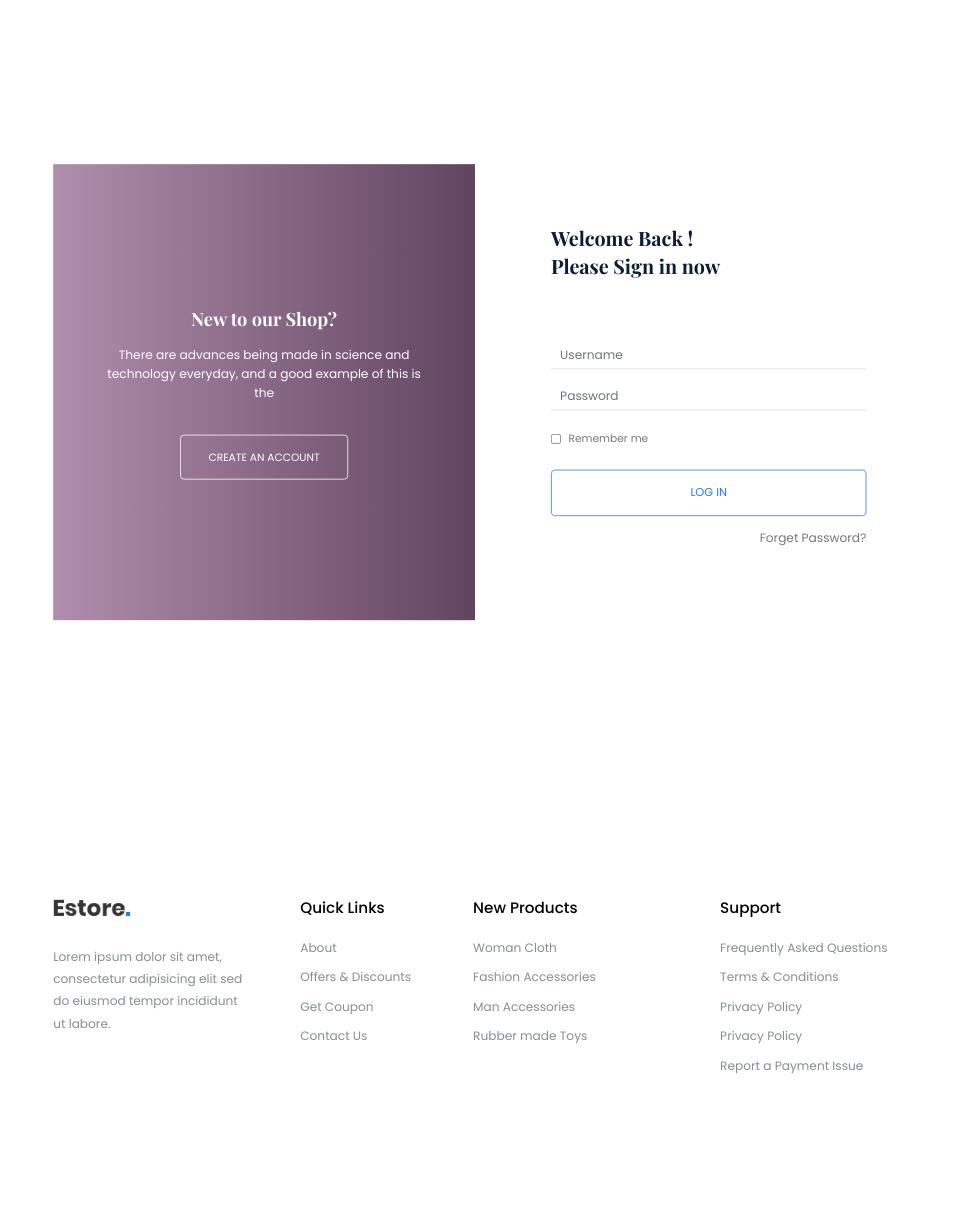
Repository: tuanloc782004/Estore-Bookshop-Website
Page: http://localhost/auth/login
These files come from the project's save history. The page is drawn as it stood at one moment and after the next save; the edit follows.
The browser window is 1280 px wide. The pictures show the whole page, at 76% of full size.
Some web fonts or font styles are not loaded; a fallback is used. The page is this project's Thymeleaf template; nobody is signed in. Other server files are loaded and not shown. The template is opened directly, without the code that normally fills it, so the values that code supplies are empty.

Above is the page before, as saved 2024-10-26 03:06:34.

### myscp/src/main/resources/templates/auth/login.html
<!doctype html>
<html lang="zxx" xmlns:th="http://www.thymeleaf.org"
	xmlns:sec="https://www.thymeleaf.org/extras/spring-security6">

<head th:replace="user/layout/head::head"></head>

<body>

	<!--================login_part Area =================-->
	<section class="login_part section_padding ">
		<div class="container">
			<div class="row align-items-center mt-3 mb-3">
				<div class="col-lg-6 col-md-6">
					<div class="login_part_text text-center">
						<div class="login_part_text_iner">
							<h2>New to our Shop?</h2>
							<p>There are advances being made in science and technology
								everyday, and a good example of this is the</p>
							<a href="#" class="btn_3">Create an Account</a>
						</div>
					</div>
				</div>
				<div class="col-lg-6 col-md-6">
					<div class="login_part_form">
						<div class="login_part_form_iner">
							<h3>
								Welcome Back ! <br> Please Sign in now
							</h3>
							<form class="row contact_form" action="#" method="post"
								novalidate="novalidate">
								<div class="col-md-12 form-group p_star">
									<input type="text" class="form-control" id="name" name="name"
										value="" placeholder="Username">
								</div>
								<div class="col-md-12 form-group p_star">
									<input type="password" class="form-control" id="password"
										name="password" value="" placeholder="Password">
								</div>
								<div class="col-md-12 form-group">
									<div class="creat_account d-flex align-items-center">
										<input type="checkbox" id="f-option" name="selector">
										<label for="f-option">Remember me</label>
									</div>
									<button type="submit" value="submit" class="btn_3">
										log in</button>
									<a class="lost_pass" href="#">forget password?</a>
								</div>
							</form>
						</div>
					</div>
				</div>
			</div>
		</div>
	</section>
	<!--================login_part end =================-->

	<footer th:replace="user/layout/footer::footer"></footer>

	<div th:replace="user/layout/script::script"></div>

</body>

</html>

### myscp/src/main/resources/templates/user/layout/head.html
<head th:fragment="head">
<meta charset="utf-8">
<meta http-equiv="x-ua-compatible" content="ie=edge">
<title>Estore</title>
<meta name="description" content="">
<meta name="viewport" content="width=device-width, initial-scale=1">
<link rel="manifest" href="site.webmanifest">
<link rel="shortcut icon" type="image/x-icon"
	th:href="@{/assets/img/favicon.ico}">

<!-- CSS here -->
<link rel="stylesheet" th:href="@{/assets/css/bootstrap.min.css}">
<link rel="stylesheet" th:href="@{/assets/css/owl.carousel.min.css}">
<link rel="stylesheet" th:href="@{/assets/css/flaticon.css}">
<link rel="stylesheet" th:href="@{/assets/css/slicknav.css}">
<link rel="stylesheet" th:href="@{/assets/css/animate.min.css}">
<link rel="stylesheet" th:href="@{/assets/css/magnific-popup.css}">
<link rel="stylesheet" th:href="@{/assets/css/fontawesome-all.min.css}">
<link rel="stylesheet" th:href="@{/assets/css/themify-icons.css}">
<link rel="stylesheet" th:href="@{/assets/css/slick.css}">
<link rel="stylesheet" th:href="@{/assets/css/nice-select.css}">
<link rel="stylesheet" th:href="@{/assets/css/style.css}">
</head>

### myscp/src/main/resources/templates/user/layout/footer.html
<footer th:fragment="footer">

	<!-- Footer Start-->
	<div class="footer-area footer-padding">
		<div class="container">
			<div class="row d-flex justify-content-between">
				<div class="col-xl-3 col-lg-3 col-md-5 col-sm-6">
					<div class="single-footer-caption mb-50">
						<div class="single-footer-caption mb-30">
							<!-- logo -->
							<div class="footer-logo">
								<a href="index.html"><img
									th:src="@{/assets/img/logo/logo2_footer.png}" alt=""></a>
							</div>
							<div class="footer-tittle">
								<div class="footer-pera">
									<p>Lorem ipsum dolor sit amet, consectetur adipisicing elit
										sed do eiusmod tempor incididunt ut labore.</p>
								</div>
							</div>
						</div>
					</div>
				</div>
				<div class="col-xl-2 col-lg-3 col-md-3 col-sm-5">
					<div class="single-footer-caption mb-50">
						<div class="footer-tittle">
							<h4>Quick Links</h4>
							<ul>
								<li><a href="#">About</a></li>
								<li><a href="#"> Offers & Discounts</a></li>
								<li><a href="#"> Get Coupon</a></li>
								<li><a href="#"> Contact Us</a></li>
							</ul>
						</div>
					</div>
				</div>
				<div class="col-xl-3 col-lg-3 col-md-4 col-sm-7">
					<div class="single-footer-caption mb-50">
						<div class="footer-tittle">
							<h4>New Products</h4>
							<ul>
								<li><a href="#">Woman Cloth</a></li>
								<li><a href="#">Fashion Accessories</a></li>
								<li><a href="#"> Man Accessories</a></li>
								<li><a href="#"> Rubber made Toys</a></li>
							</ul>
						</div>
					</div>
				</div>
				<div class="col-xl-3 col-lg-3 col-md-5 col-sm-7">
					<div class="single-footer-caption mb-50">
						<div class="footer-tittle">
							<h4>Support</h4>
							<ul>
								<li><a href="#">Frequently Asked Questions</a></li>
								<li><a href="#">Terms & Conditions</a></li>
								<li><a href="#">Privacy Policy</a></li>
								<li><a href="#">Privacy Policy</a></li>
								<li><a href="#">Report a Payment Issue</a></li>
							</ul>
						</div>
					</div>
				</div>
			</div>
		</div>
	</div>
	<!-- Footer End-->

</footer>

### myscp/src/main/resources/templates/user/layout/script.html
<div th:fragment="script">
	<!-- JS here -->

	<!-- All JS Custom Plugins Link Here here -->
	<script th:src="@{/assets/js/vendor/modernizr-3.5.0.min.js}"></script>
	<!-- Jquery, Popper, Bootstrap -->
	<script th:src="@{/assets/js/vendor/jquery-1.12.4.min.js}"></script>
	<script th:src="@{/assets/js/popper.min.js}"></script>
	<script th:src="@{/assets/js/bootstrap.min.js}"></script>
	<!-- Jquery Mobile Menu -->
	<script th:src="@{/assets/js/jquery.slicknav.min.js}"></script>

	<!-- Jquery Slick , Owl-Carousel Plugins -->
	<script th:src="@{/assets/js/owl.carousel.min.js}"></script>
	<script th:src="@{/assets/js/slick.min.js}"></script>

	<!-- One Page, Animated-HeadLin -->
	<script th:src="@{/assets/js/wow.min.js}"></script>
	<script th:src="@{/assets/js/animated.headline.js}"></script>
	<script th:src="@{/assets/js/jquery.magnific-popup.js}"></script>

	<!-- Scrollup, nice-select, sticky -->
	<script th:src="@{/assets/js/jquery.scrollUp.min.js}"></script>
	<script th:src="@{/assets/js/jquery.nice-select.min.js}"></script>
	<script th:src="@{/assets/js/jquery.sticky.js}"></script>
	<script src="./assets/js/jquery.magnific-popup.js"></script>

	<!-- contact js -->
	<script th:src="@{/assets/js/contact.js}"></script>
	<script th:src="@{/assets/js/jquery.form.js}"></script>
	<script th:src="@{/assets/js/jquery.validate.min.js}"></script>
	<script th:src="@{/assets/js/mail-script.js}"></script>
	<script th:src="@{/assets/js/jquery.ajaxchimp.min.js}"></script>

	<!-- Jquery Plugins, main Jquery -->
	<script th:src="@{/assets/js/plugins.js}"></script>
	<script th:src="@{/assets/js/main.js}"></script>
</div>

### myscp/src/main/resources/static/assets/js/contact.js
$(document).ready(function(){

    (function($) {
        "use strict";


    jQuery.validator.addMethod('answercheck', function (value, element) {
        return this.optional(element) || /^\bcat\b$/.test(value)
    }, "type the correct answer -_-");

    // validate contactForm form
    $(function() {
        $('#contactForm').validate({
            rules: {
                name: {
                    required: true,
                    minlength: 2
                },
                subject: {
                    required: true,
                    minlength: 4
                },
                number: {
                    required: true,
                    minlength: 5
                },
                email: {
                    required: true,
                    email: true
                },
                message: {
                    required: true,
                    minlength: 20
                }
            },
            messages: {
                name: {
                    required: "come on, you have a name, don't you?",
                    minlength: "your name must consist of at least 2 characters"
                },
                subject: {
                    required: "come on, you have a subject, don't you?",
                    minlength: "your subject must consist of at least 4 characters"
                },
                number: {
                    required: "come on, you have a number, don't you?",
                    minlength: "your Number must consist of at least 5 characters"
                },
                email: {
                    required: "no email, no message"
                },
                message: {
                    required: "um...yea, you have to write something to send this form.",
                    minlength: "thats all? really?"
                }
            },
            submitHandler: function(form) {
                $(form).ajaxSubmit({
                    type:"POST",
                    data: $(form).serialize(),
                    url:"contact_process.php",
                    success: function() {
                        $('#contactForm :input').attr('disabled', 'disabled');
                        $('#contactForm').fadeTo( "slow", 1, function() {
                            $(this).find(':input').attr('disabled', 'disabled');
                            $(this).find('label').css('cursor','default');
                            $('#success').fadeIn()
                            $('.modal').modal('hide');
		                	$('#success').modal('show');
                        })
                    },
                    error: function() {
                        $('#contactForm').fadeTo( "slow", 1, function() {
                            $('#error').fadeIn()
                            $('.modal').modal('hide');
		                	$('#error').modal('show');
                        })
                    }
                })
            }
        })
    })

 })(jQuery)
})

### myscp/src/main/resources/static/assets/js/mail-script.js
    // -------   Mail Send ajax

     $(document).ready(function() {
        var form = $('#myForm'); // contact form
        var submit = $('.submit-btn'); // submit button
        var alert = $('.alert-msg'); // alert div for show alert message

        // form submit event
        form.on('submit', function(e) {
            e.preventDefault(); // prevent default form submit

            $.ajax({
                url: 'mail.php', // form action url
                type: 'POST', // form submit method get/post
                dataType: 'html', // request type html/json/xml
                data: form.serialize(), // serialize form data
                beforeSend: function() {
                    alert.fadeOut();
                    submit.html('Sending....'); // change submit button text
                },
                success: function(data) {
                    alert.html(data).fadeIn(); // fade in response data
                    form.trigger('reset'); // reset form
                    submit.attr("style", "display: none !important");; // reset submit button text
                },
                error: function(e) {
                    console.log(e)
                }
            });
        });
    });

### myscp/src/main/resources/static/assets/js/plugins.js
// Avoid `console` errors in browsers that lack a console.
(function() {
    var method;
    var noop = function () {};
    var methods = [
        'assert', 'clear', 'count', 'debug', 'dir', 'dirxml', 'error',
        'exception', 'group', 'groupCollapsed', 'groupEnd', 'info', 'log',
        'markTimeline', 'profile', 'profileEnd', 'table', 'time', 'timeEnd',
        'timeline', 'timelineEnd', 'timeStamp', 'trace', 'warn'
    ];
    var length = methods.length;
    var console = (window.console = window.console || {});

    while (length--) {
        method = methods[length];

        // Only stub undefined methods.
        if (!console[method]) {
            console[method] = noop;
        }
    }
}());

// Place any jQuery/helper plugins in here.

Loaded but not shown: myscp/src/main/resources/static/assets/css/bootstrap.min.css (library); myscp/src/main/resources/static/assets/css/owl.carousel.min.css (common file); myscp/src/main/resources/static/assets/css/flaticon.css (common file); myscp/src/main/resources/static/assets/css/slicknav.css (common file); myscp/src/main/resources/static/assets/css/animate.min.css (library); myscp/src/main/resources/static/assets/css/magnific-popup.css (library); myscp/src/main/resources/static/assets/css/fontawesome-all.min.css (library); myscp/src/main/resources/static/assets/css/themify-icons.css (common file); myscp/src/main/resources/static/assets/css/slick.css (common file); myscp/src/main/resources/static/assets/css/nice-select.css (common file); myscp/src/main/resources/static/assets/css/style.css (library); myscp/src/main/resources/static/assets/js/popper.min.js (library); myscp/src/main/resources/static/assets/js/bootstrap.min.js (library); myscp/src/main/resources/static/assets/js/jquery.slicknav.min.js (library); myscp/src/main/resources/static/assets/js/owl.carousel.min.js (library); myscp/src/main/resources/static/assets/js/slick.min.js (library); myscp/src/main/resources/static/assets/js/wow.min.js (library); myscp/src/main/resources/static/assets/js/animated.headline.js (common file); myscp/src/main/resources/static/assets/js/jquery.magnific-popup.js (library); myscp/src/main/resources/static/assets/js/jquery.scrollUp.min.js (common file); myscp/src/main/resources/static/assets/js/jquery.nice-select.min.js (common file); myscp/src/main/resources/static/assets/js/jquery.sticky.js (library); myscp/src/main/resources/static/assets/js/jquery.form.js (library); myscp/src/main/resources/static/assets/js/jquery.validate.min.js (library); myscp/src/main/resources/static/assets/js/jquery.ajaxchimp.min.js (library); myscp/src/main/resources/static/assets/js/main.js (520 lines, source omitted)

After the next save:
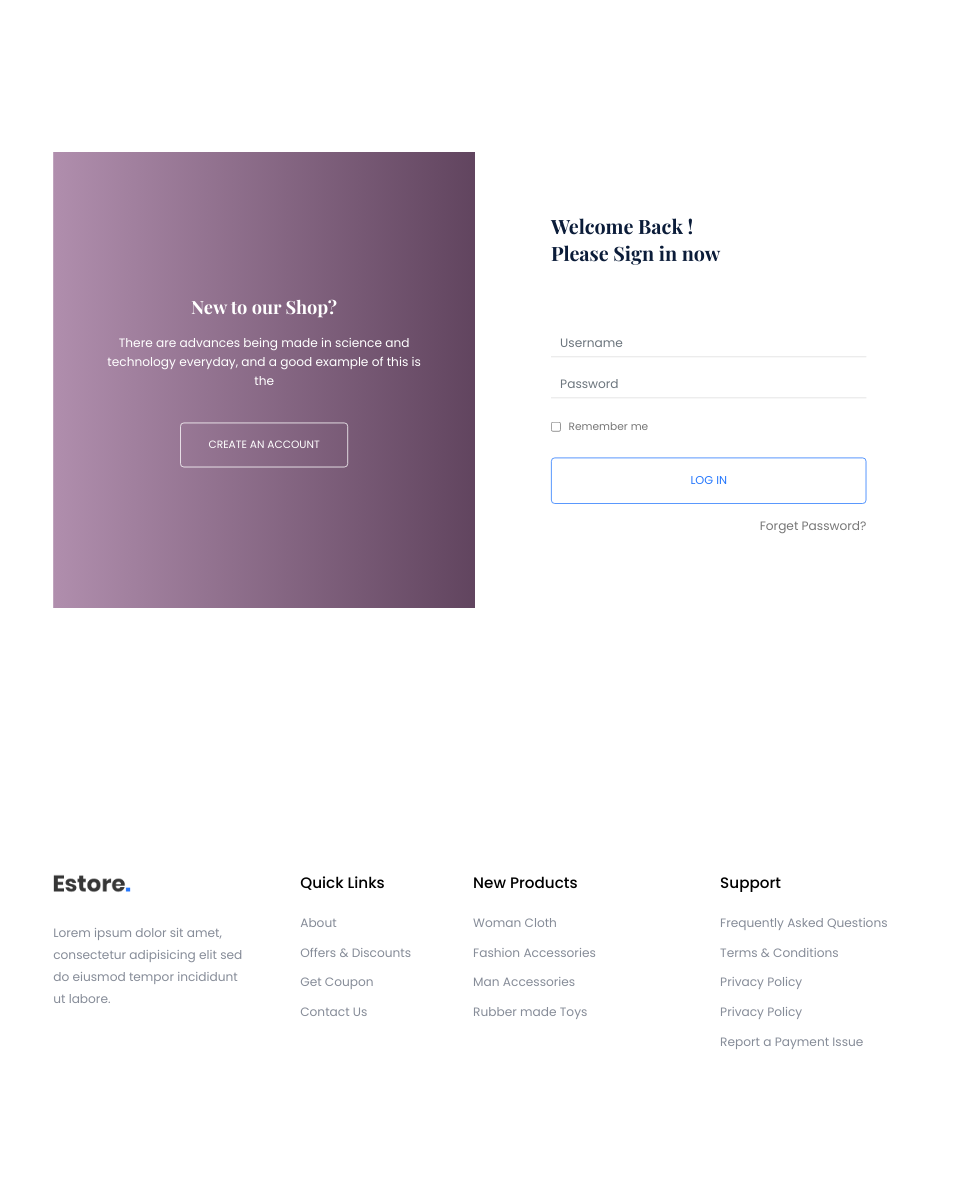
Saved 6 s later.
--- a/myscp/src/main/resources/templates/auth/login.html
+++ b/myscp/src/main/resources/templates/auth/login.html
@@ -9,7 +9,7 @@
 	<!--================login_part Area =================-->
 	<section class="login_part section_padding ">
 		<div class="container">
-			<div class="row align-items-center mt-3 mb-3">
+			<div class="row align-items-center">
 				<div class="col-lg-6 col-md-6">
 					<div class="login_part_text text-center">
 						<div class="login_part_text_iner">

After the save that followed:
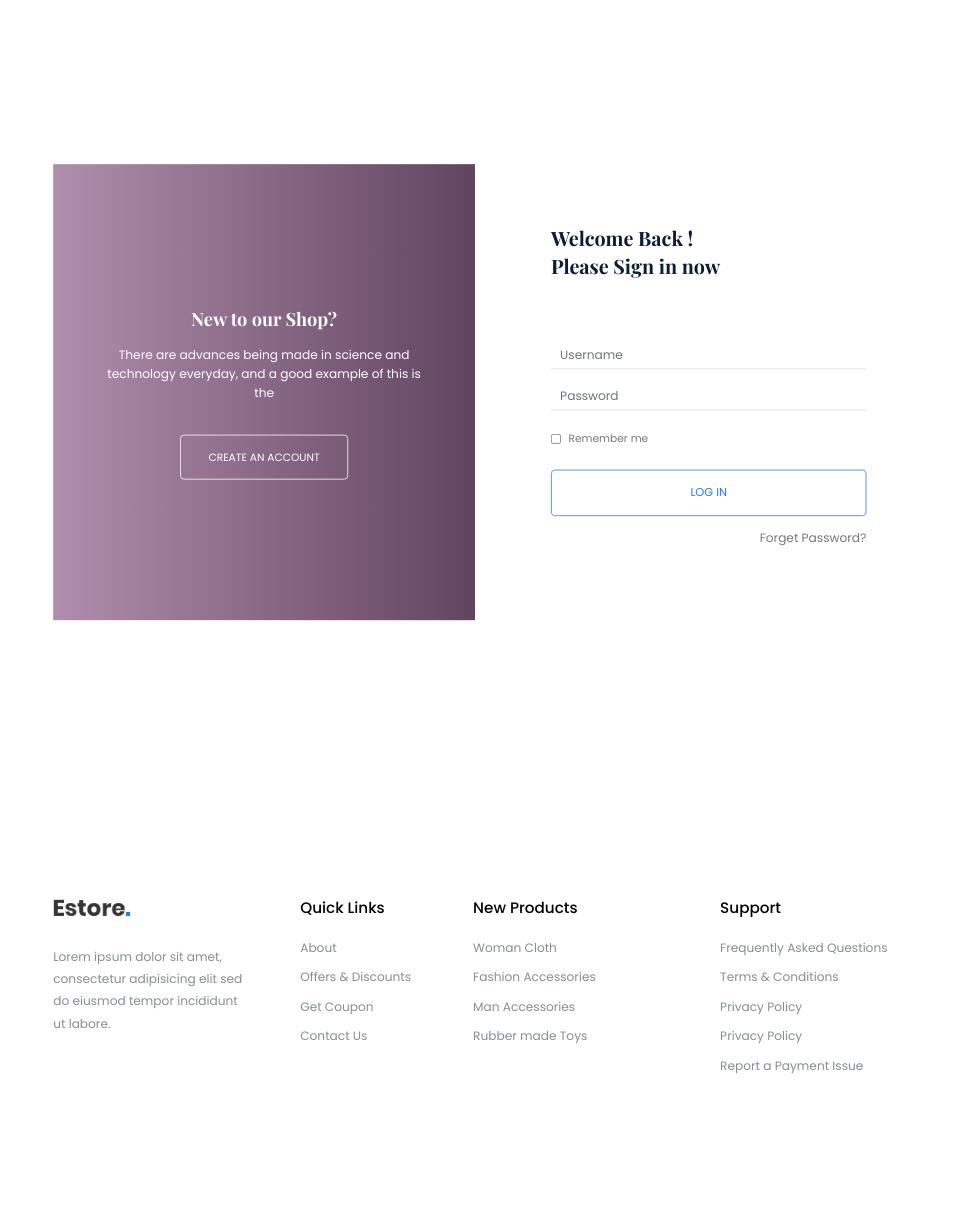
Saved 42 s later.
--- a/myscp/src/main/resources/templates/auth/login.html
+++ b/myscp/src/main/resources/templates/auth/login.html
@@ -7,7 +7,7 @@
 <body>
 
 	<!--================login_part Area =================-->
-	<section class="login_part section_padding ">
+	<section class="login_part section_padding mt-3 mb-3">
 		<div class="container">
 			<div class="row align-items-center">
 				<div class="col-lg-6 col-md-6">
